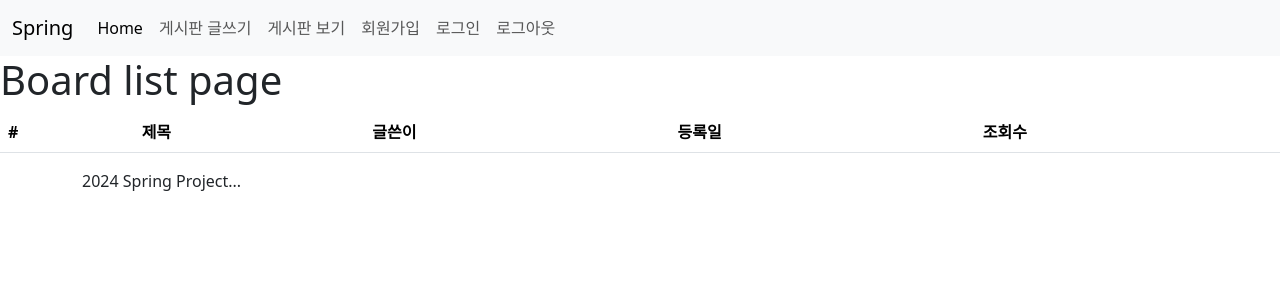
Repository: HaeunOh/study
Page: http://localhost/spring_study/WEB-INF/views/board/list.jsp
The author's editor kept a copy of each file at every save. The page is drawn from the files as they stood at one save, then again after a run of saves.
The browser window is 1280 px wide. The pictures show the whole page.
The page is served by Tomcat 9. Nobody is signed in. The template is opened directly, without the code that normally fills it, so the values that code supplies are empty.

Above is the page before, as saved 2024-04-24 04:13:40.

After the next 2 saves:
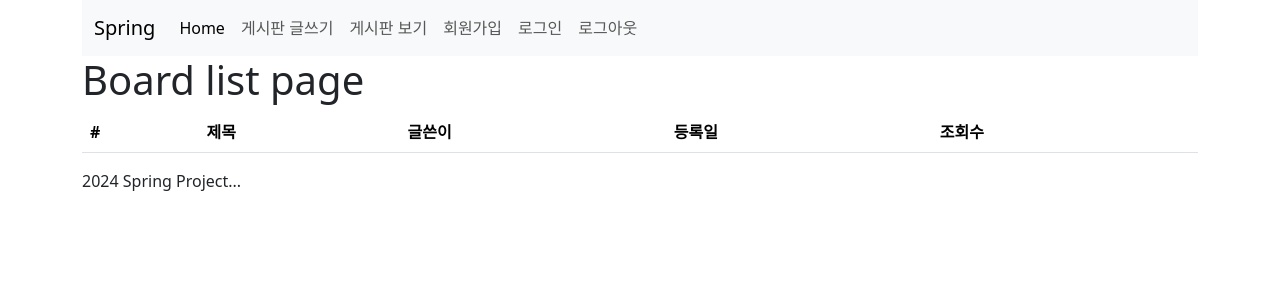
The 2 saves are shown as one change because they came seconds apart.
The last was saved 5 min 26 s later.
--- a/_spring_workspace/spring_study/src/main/webapp/WEB-INF/views/board/list.jsp
+++ b/_spring_workspace/spring_study/src/main/webapp/WEB-INF/views/board/list.jsp
@@ -4,7 +4,7 @@
 <!DOCTYPE html>
 <meta charset="UTF-8">
 <title>Insert title here</title>
-
+<div class = "container-md">
 	<jsp:include page="../layout/header.jsp" />
 	<h1>Board list page</h1>
 	<table class="table table-hover">
@@ -30,5 +30,5 @@
 			</c:forEach>
 		</tbody>
 	</table>
-	<div class = "container-md"></div>
+</div>
 	<jsp:include page="../layout/footer.jsp" />
